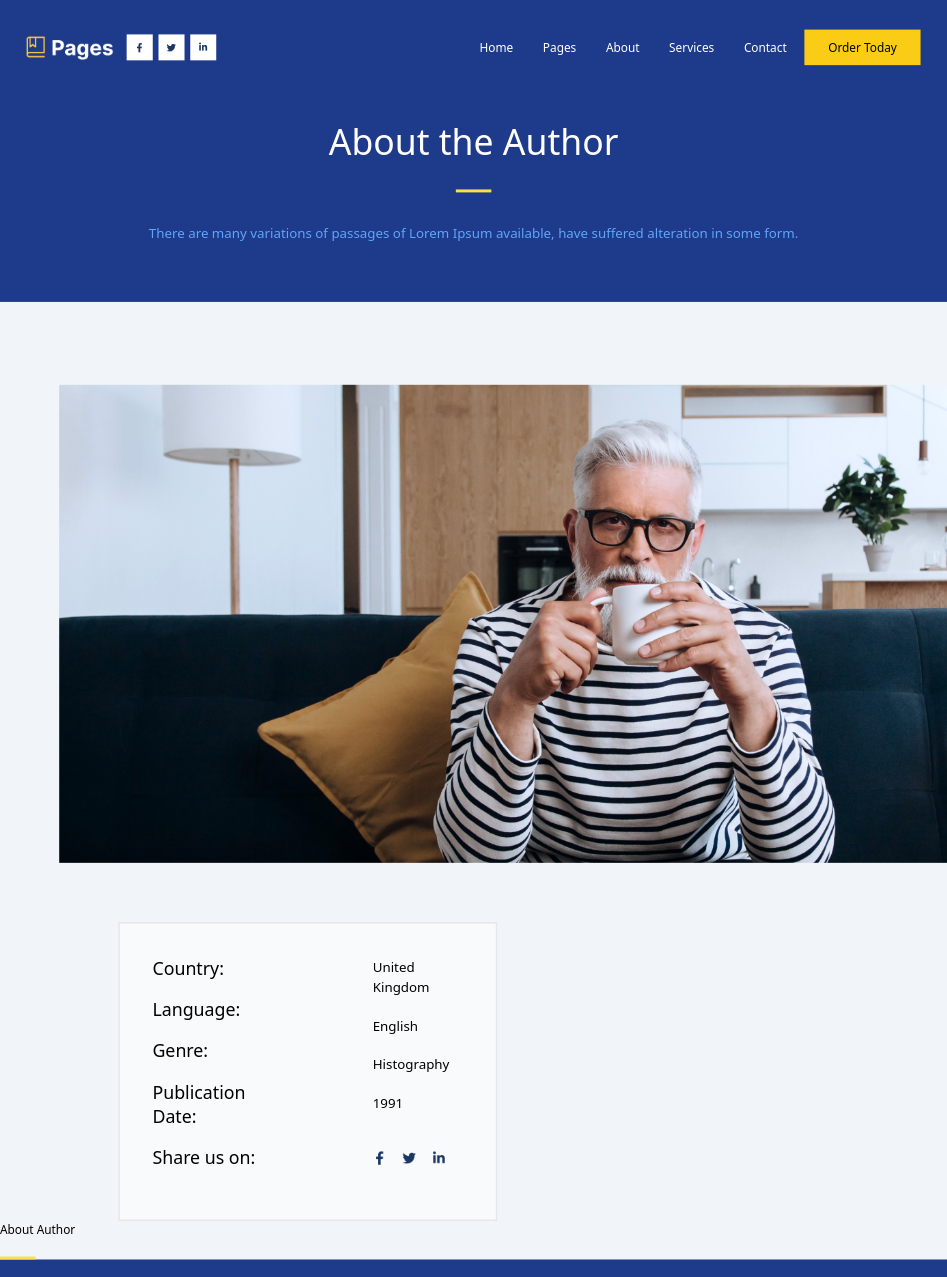
Repository: Godnorg/Class3
Page: index.html
These files come from the project's save history. The page is drawn as it stood at one moment and after the next save; the edit follows.
The browser window is 1280 px wide. The pictures show the whole page, at 74% of full size.
Some web libraries are served in a nearby version.

Above is the page before, as saved 2023-02-20 02:02:58.

### index.html
<!DOCTYPE html>
<html lang="en">
<head>
    <meta charset="UTF-8">
    <meta http-equiv="X-UA-Compatible" content="IE=edge">
    <meta name="viewport" content="width=device-width, initial-scale=1.0">
    <title>Class3</title>
    <script src="https://cdn.tailwindcss.com"></script>
</head>
<body class="w-full bg-blue-900">
<div class="flex items-center justify-between w-full pt-10 mx-auto px-9 max-w-7xl">
    <div class="flex gap-4 ">
    <img src="./Logo.png">
    <img src="./soc-icons.png" class="h-9">
    </div>
    <div class="flex gap-6">
        <ul class="flex items-center gap-10 text-white">
            <li><a href="#">Home</a></li>
            <li><a href="#">Pages</a></li>
            <li><a href="#">About</a></li>
            <li><a href="#">Services</a></li>
            <li><a href="#">Contact</a></li>
        </ul>
        <button class="px-8 py-3 mx-auto bg-yellow-400 font-sans-serif">Order Today</button>
    </div>
    </div>
    <div class="items-center mx-auto">
    <h1 class="items-center pt-20 pb-10 text-5xl text-center text-white">About the Author</h1>
        <div
            class="items-center w-12 h-1 mx-auto text-center bg-yellow-300">
        </div>
        <p class="items-center pt-10 pb-20 mx-auto text-lg text-center text-blue-400">There are many variations of passages of Lorem Ipsum available, have suffered alteration in some form.</p>
    </div>
    <div class= "bg-slate-100">
        <div class="relative w-full pb-20 pl-20 mx-auto pt-28 max-w-7xl">
        <img src="./oldman2.jpg">
        </div>
        <div class="max-w-lg ml-40 mr-96 bg-gray-50">
            <div class="flex mt-0 border-2 pt-11 px-11 pb-11">
                <div class="pr-32">
                <h2 class="pb-6 text-2xl">Country:</h2>
                <h2 class="pb-6 text-2xl">Language:</h2>
                <h2 class="pb-6 text-2xl">Genre:</h2>
                <h2 class="pb-6 text-2xl">Publication Date:</h2>
                <h2 class="pb-6 text-2xl">Share us on:</h2>
                </div>
                <div class="p-0">
                <p class="pb-6 pr-0 text-lg">United Kingdom</p>
                <p class="pb-6 pr-0 text-lg">English</p>
                <p class="pb-6 pr-0 text-lg">Histography</p>
                <p class="pb-6 pr-0 text-lg">1991</p>
                <img src="./socialmedia.png" class="pb-6 pr-0 pt-7">
                </div>
            </div>
        </div>
        <div class="">
          <h1>About Author</h1>
          <div
            class="w-12 h-1 my-6 bg-yellow-300 ">
        </div>
        </div>
</div>

</body>
</html>

After the next save:
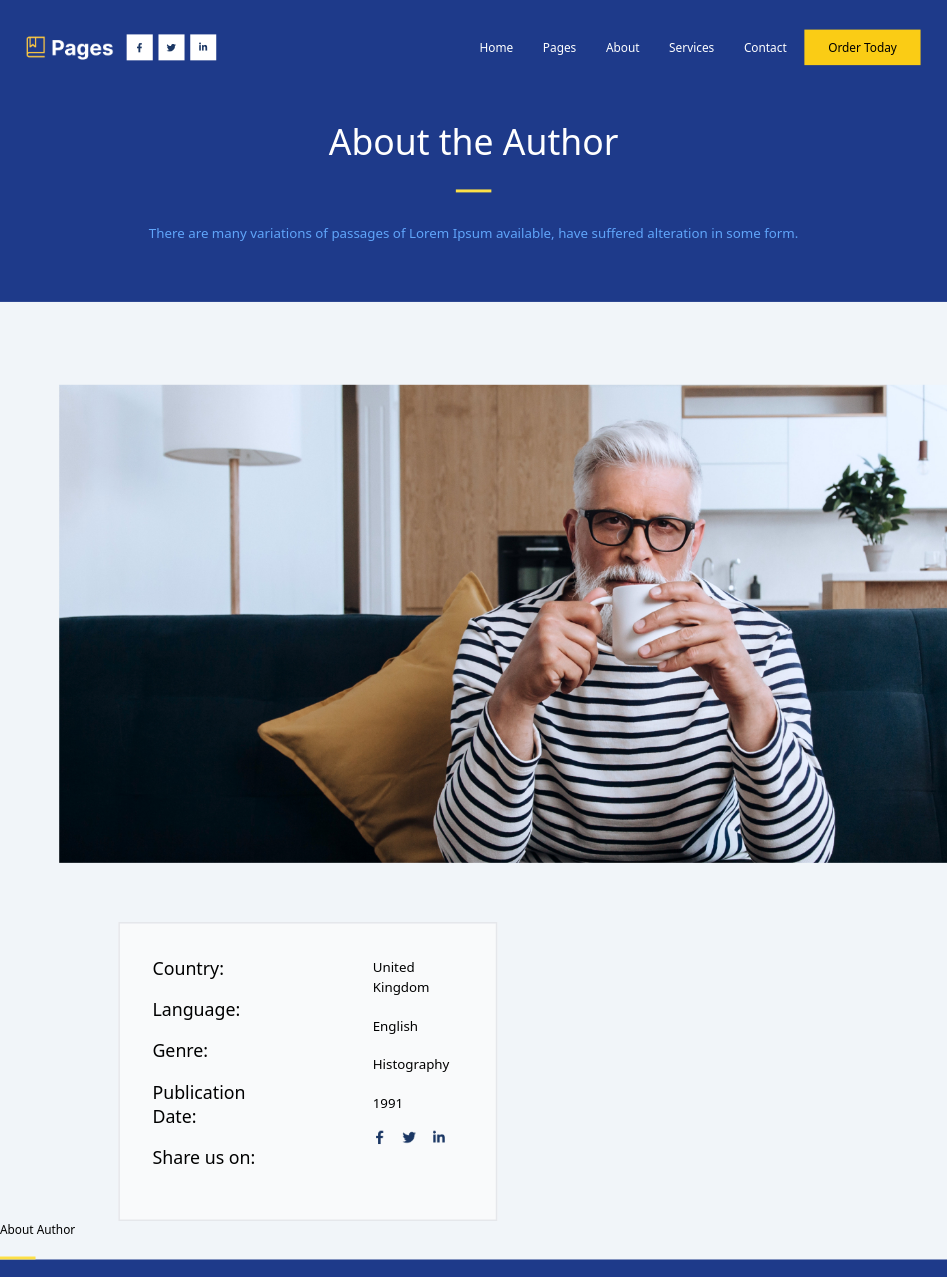
Saved 12 s later.
--- a/index.html
+++ b/index.html
@@ -49,7 +49,7 @@
                 <p class="pb-6 pr-0 text-lg">English</p>
                 <p class="pb-6 pr-0 text-lg">Histography</p>
                 <p class="pb-6 pr-0 text-lg">1991</p>
-                <img src="./socialmedia.png" class="pb-6 pr-0 pt-7">
+                <img src="./socialmedia.png" class="pb-6 pr-0 pt-">
                 </div>
             </div>
         </div>
